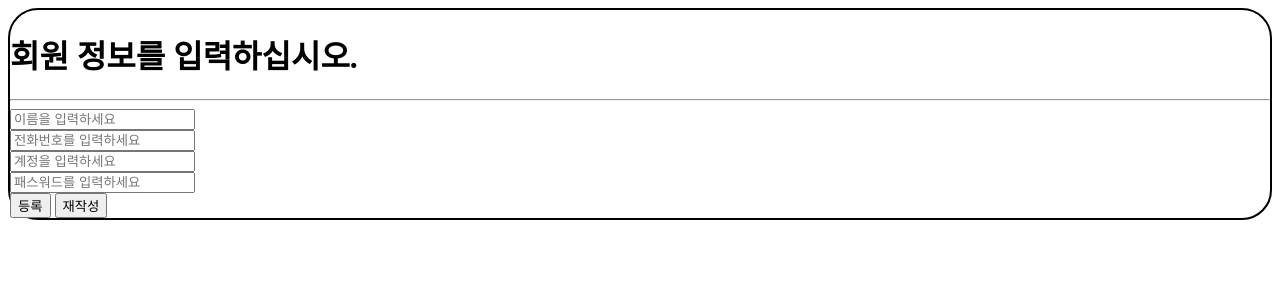
Repository: jhsnex123/web_study
Page: edu/src/main/webapp/cssexam/csslab2.html
An editor plug-in stored every save of this project. The page is shown before and after the next save, followed by the edit.
The browser window is 1280 px wide. The pictures show the whole page.

Above is the page before, as saved 2024-09-19 02:14:19.

After the next save:
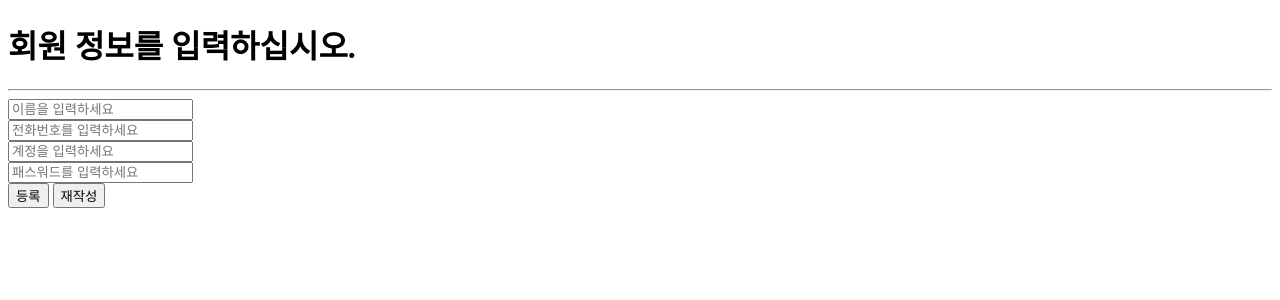
Saved 37 s later.
--- a/edu/src/main/webapp/cssexam/csslab2.html
+++ b/edu/src/main/webapp/cssexam/csslab2.html
@@ -7,7 +7,7 @@
 div {
 
 	border-radius: 30px;
-	border : 2px solid black;
+
 }
 </style>
 </head>
